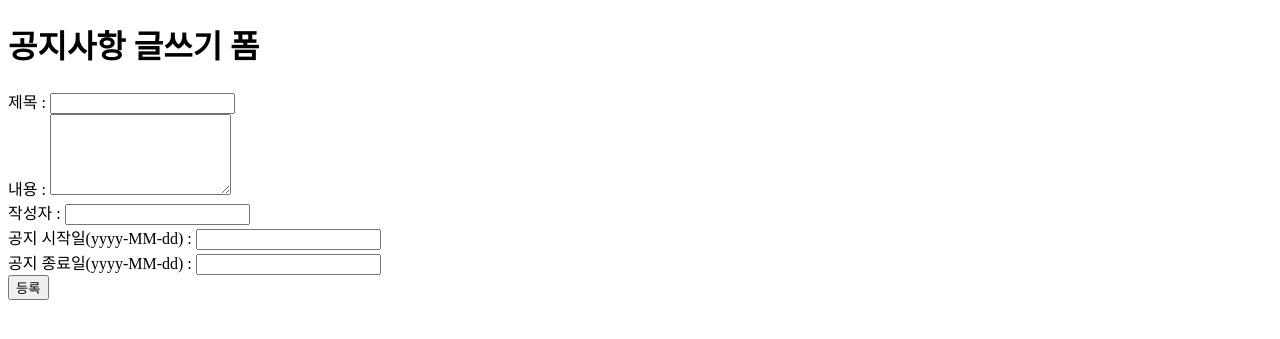
Repository: nsj2204/spring2
Page: http://localhost/ex01/notice/write.do
An editor plug-in stored every save of this project. The page is shown before and after the next save, followed by the edit.
The browser window is 1280 px wide. The pictures show the whole page.
The page is served by Tomcat 9.

Above is the page before, as saved 2023-04-06 02:40:43.

After the next save:
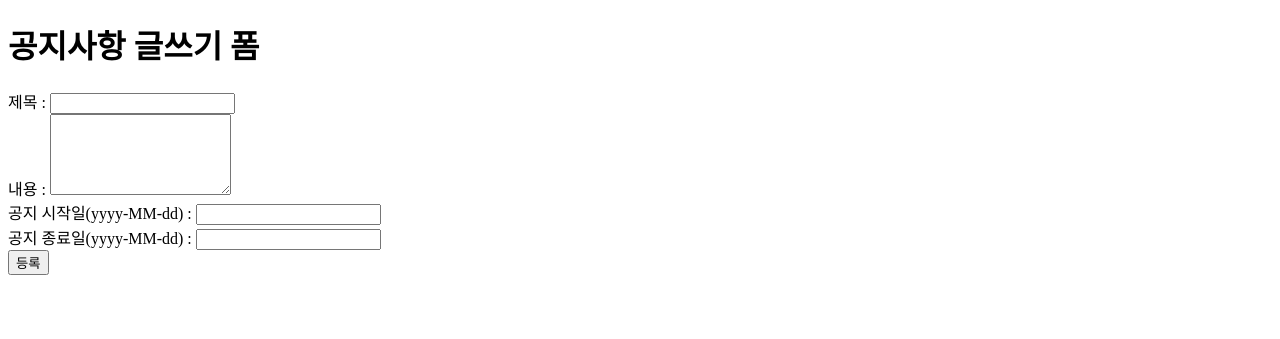
Saved 53 s later.
--- a/ex01/src/main/webapp/WEB-INF/views/notice/write.jsp
+++ b/ex01/src/main/webapp/WEB-INF/views/notice/write.jsp
@@ -11,9 +11,8 @@
 <form action="write.do" method="post">
 제목 : <input name="title"><br/>
 내용 : <textarea rows="5" cols="content"></textarea><br/>
-작성자 : <input name="startDate"><br/>
-공지 시작일(yyyy-MM-dd) : <input name="endDate"><br/>
-공지 종료일(yyyy-MM-dd) : <input><br/>
+공지 시작일(yyyy-MM-dd) : <input name="startDate"><br/>
+공지 종료일(yyyy-MM-dd) : <input name="endDate"><br/>
 <button>등록</button>
 </form>
 </body>
